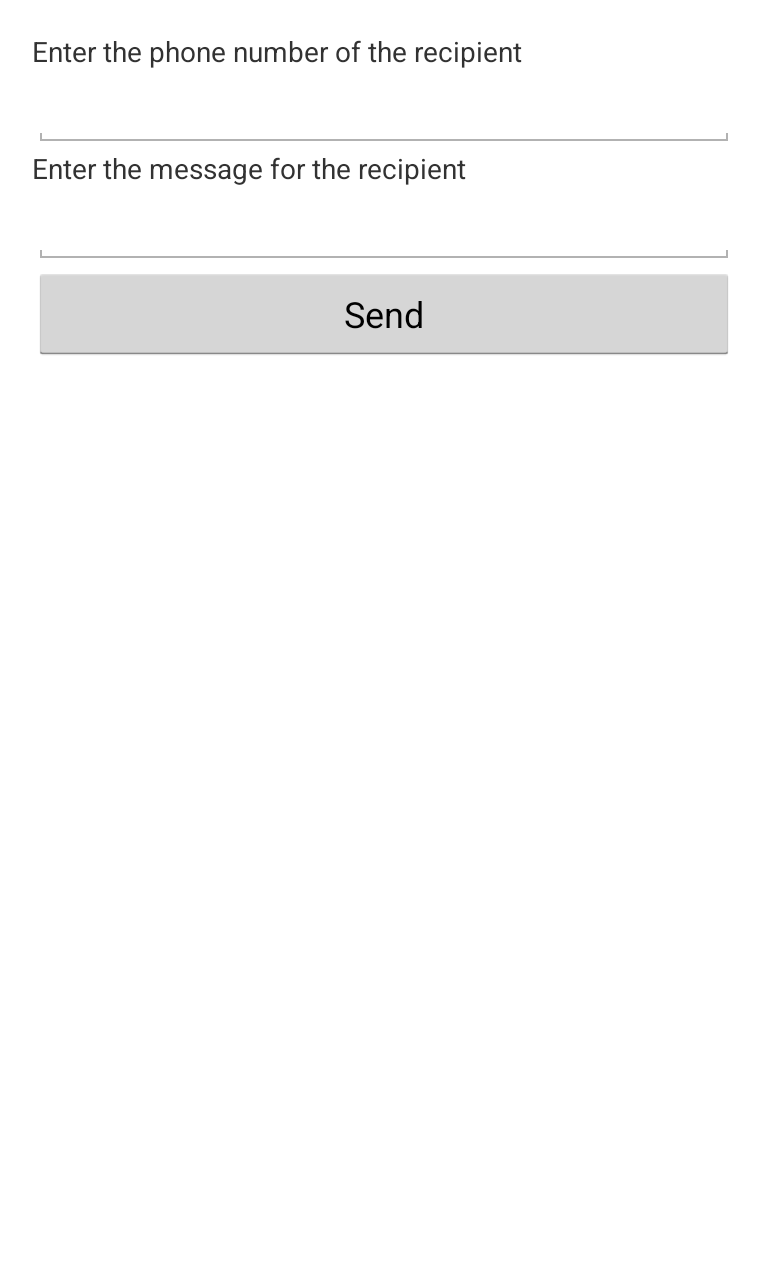
Repository: vedharish/PersonalProjects
Layout: RssToSms/res/layout/activity_send_sms.xml
The author's editor kept a copy of each file at every save. The layout is drawn from the files as they stood at one save, then again after the next save.
It is drawn on a 768 x 1280 px phone screen (xhdpi) without system bars, with theme AppTheme; the app's code is not run.

Above is the layout before, as saved 2013-08-12 06:22:54.

### RssToSms/res/layout/activity_send_sms.xml
<LinearLayout xmlns:android="http://schemas.android.com/apk/res/android"
    xmlns:tools="http://schemas.android.com/tools"
    android:layout_width="match_parent"
    android:layout_height="match_parent"
    android:orientation="vertical"
    android:paddingBottom="@dimen/activity_vertical_margin"
    android:paddingLeft="@dimen/activity_horizontal_margin"
    android:paddingRight="@dimen/activity_horizontal_margin"
    android:paddingTop="@dimen/activity_vertical_margin"
    tools:context=".SendSMSActivity" >

    <TextView
        android:layout_width="fill_parent"
        android:layout_height="wrap_content"
        android:labelFor="@+id/txtPhoneNumber"
        android:text="@string/phone_number_label" />
    <EditText
        android:id="@+id/txtPhoneNumber"
        android:layout_width="fill_parent"
        android:layout_height="wrap_content"
        android:inputType="phone" />
    <TextView
        android:layout_width="fill_parent"
        android:layout_height="wrap_content"
        android:labelFor="@+id/txtMessage"
        android:text="@string/message_label" />
    <EditText
        android:id="@+id/txtMessage"
        android:layout_width="fill_parent"
        android:layout_height="wrap_content"
        android:inputType="textCapSentences"
        android:minLines="5" />
    <Button
        android:id="@+id/sendButton"
        android:layout_width="fill_parent"
        android:layout_height="wrap_content"
        android:text="@string/button_label" />

</LinearLayout>

### RssToSms/res/values/strings.xml
<?xml version="1.0" encoding="utf-8"?>
<resources>

    <string name="app_name">RssToSms</string>
    <string name="action_settings">Settings</string>
    <string name="phone_number_label">Enter the phone number of the recipient</string>
    <string name="message_label">Enter the message for the recipient</string>
    <string name="button_label">Send</string>

</resources>

Loaded but not shown: RssToSms/res/values/styles.xml (common file); RssToSms/res/values-v11/styles.xml (common file); RssToSms/res/values-v14/styles.xml (common file); RssToSms/res/values/dimens.xml (common file)

After the next save:
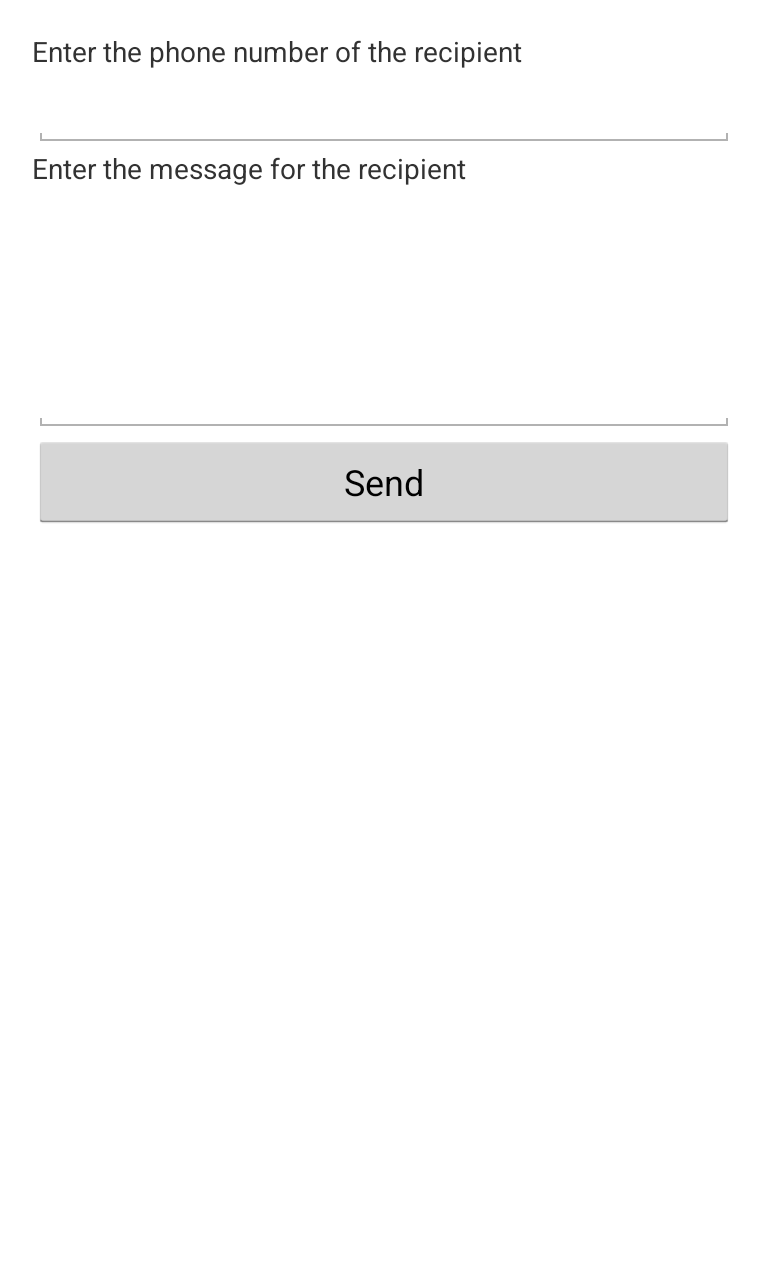
Saved 70 s later.
--- a/RssToSms/res/layout/activity_send_sms.xml
+++ b/RssToSms/res/layout/activity_send_sms.xml
@@ -28,7 +28,7 @@
         android:id="@+id/txtMessage"
         android:layout_width="fill_parent"
         android:layout_height="wrap_content"
-        android:inputType="textCapSentences"
+        android:inputType="textMultiLine"
         android:minLines="5" />
     <Button
         android:id="@+id/sendButton"
